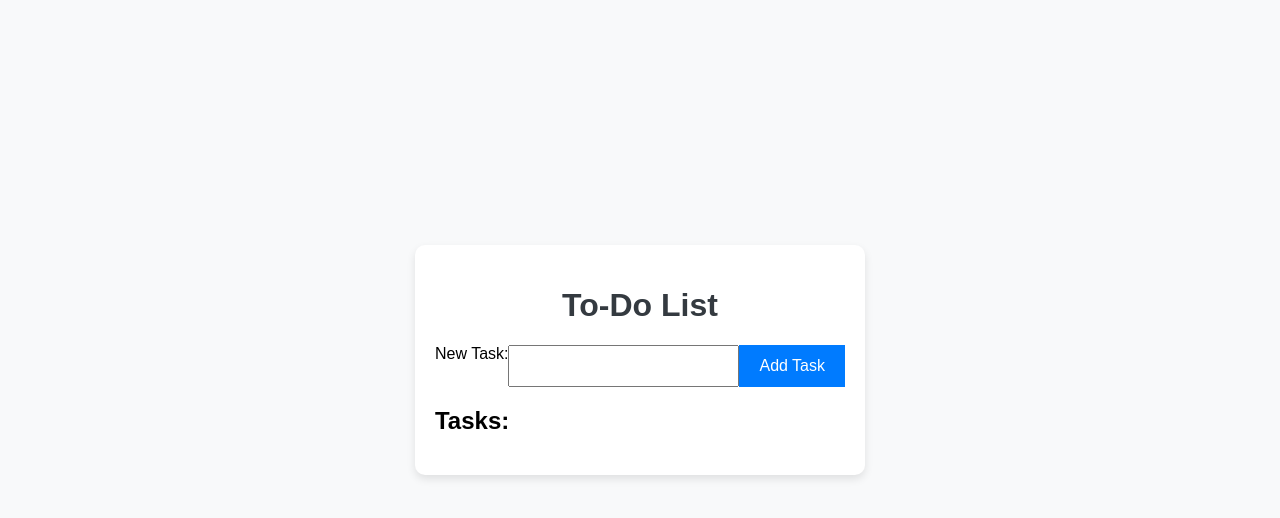
Repository: samoshi/To-do
Page: http://localhost/
An editor plug-in stored every save of this project. The page is shown before and after the next save, followed by the edit.
The browser window is 1280 px wide. The pictures show the whole page.
The page is served by the project's application, run on Flask 3 (app/app.py).

Above is the page before, as saved 2024-01-14 00:33:03.

After the next save:
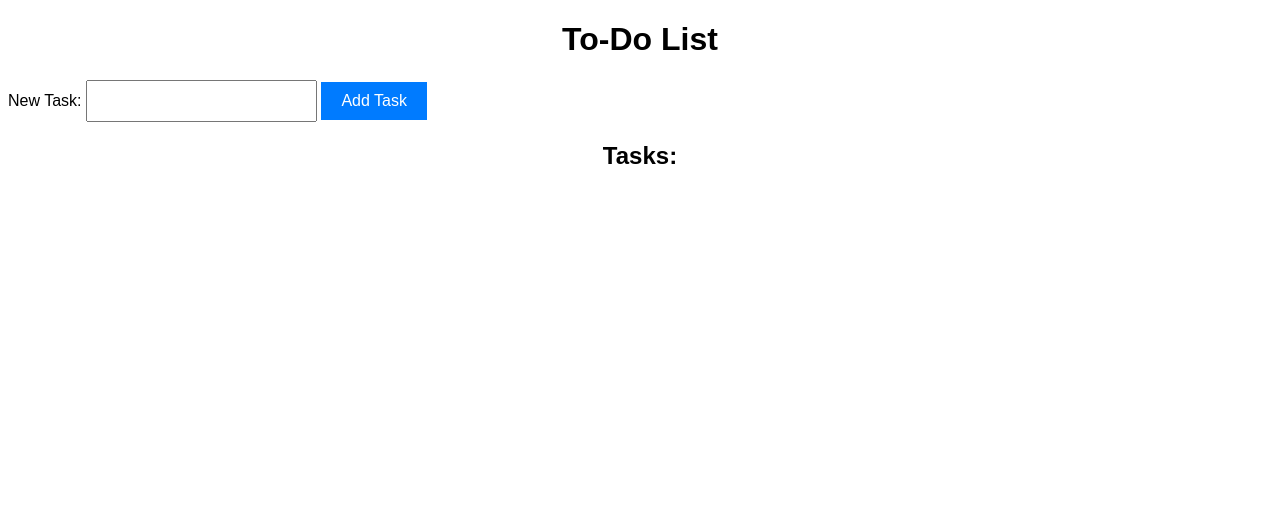
Saved 9 s later.
--- a/app/static/style.css
+++ b/app/static/style.css
@@ -1,33 +1,18 @@
+/* static/style.css */
+
 body {
     font-family: 'Arial', sans-serif;
-    background-color: #f8f9fa;
-    display: flex;
-    align-items: center;
-    justify-content: center;
-    height: 100vh;
-    margin: 0;
 }
 
-.container {
-    background-color: #fff;
-    padding: 20px;
-    border-radius: 10px;
-    box-shadow: 0 4px 8px rgba(0, 0, 0, 0.1);
-}
-
-h1 {
-    color: #343a40;
+h1, h2 {
     text-align: center;
 }
 
 form {
-    display: flex;
-    justify-content: space-between;
     margin-bottom: 20px;
 }
 
 form input {
-    flex: 1;
     padding: 10px;
     font-size: 16px;
 }
@@ -47,56 +32,10 @@
 }
 
 li {
-    background-color: #fff;
-    padding: 15px;
     margin-bottom: 10px;
-    border-radius: 5px;
-    box-shadow: 0 2px 4px rgba(0, 0, 0, 0.1);
-    display: flex;
-    justify-content: space-between;
-    align-items: center;
-    position: relative; /* Added position relative */
 }
 
-.remove-task {
-    position: absolute;
-    top: 0;
-    left: 0;
-    width: 100%;
-    height: 100%;
-    display: flex;
-    align-items: center;
-    justify-content: center;
-    background-color: rgba(220, 53, 69, 0.3); /* Adjust transparency here */
-    color: #fff;
+li a {
+    color: #dc3545;
     cursor: pointer;
-    font-weight: bold;
-    display: none;
 }
-
-li:hover {
-    background-color: #e2e3e5; /* Add a subtle background color change on hover */
-}
-
-li:hover .remove-task {
-    display: flex;
-}
-.completed-task {
-    background-color: rgba(40, 167, 69, 0.3); /* Adjust transparency here */
-    color: #fff;
-    display: flex;
-    align-items: center;
-    justify-content: space-between;
-}
-
-.completed-task .remove-task {
-    display: none;
-}
-
-.completed-task:hover {
-    background-color: rgba(40, 167, 69, 0.3); /* Adjust transparency here */
-}
-
-.completed-task:hover .remove-task {
-    display: flex;
-}

After the save that followed:
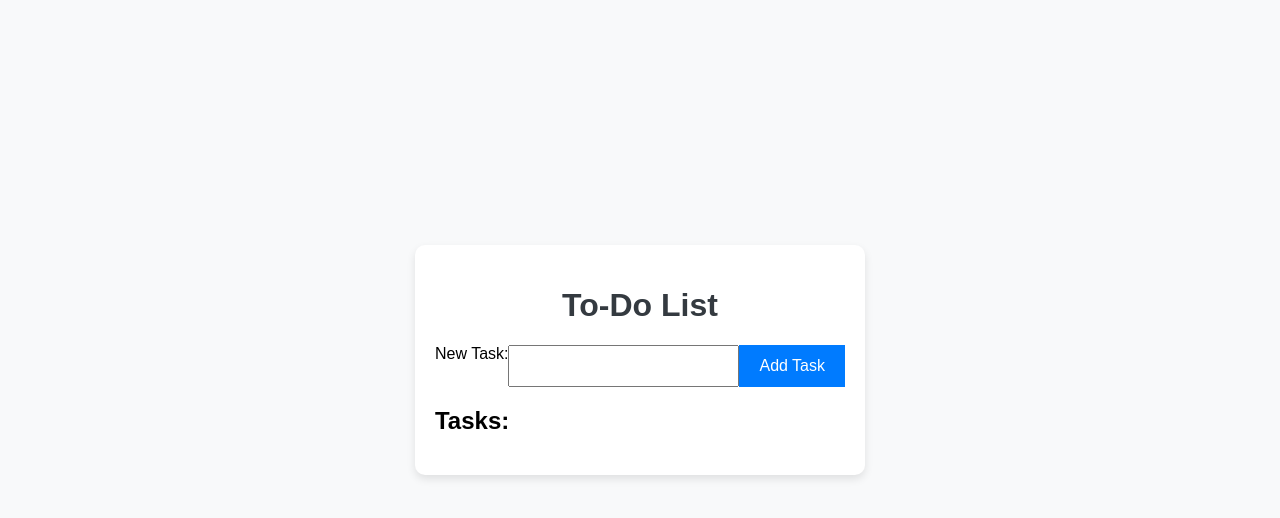
Saved 7 s later.
--- a/app/static/style.css
+++ b/app/static/style.css
@@ -1,18 +1,33 @@
-/* static/style.css */
-
 body {
     font-family: 'Arial', sans-serif;
+    background-color: #f8f9fa;
+    display: flex;
+    align-items: center;
+    justify-content: center;
+    height: 100vh;
+    margin: 0;
 }
 
-h1, h2 {
+.container {
+    background-color: #fff;
+    padding: 20px;
+    border-radius: 10px;
+    box-shadow: 0 4px 8px rgba(0, 0, 0, 0.1);
+}
+
+h1 {
+    color: #343a40;
     text-align: center;
 }
 
 form {
+    display: flex;
+    justify-content: space-between;
     margin-bottom: 20px;
 }
 
 form input {
+    flex: 1;
     padding: 10px;
     font-size: 16px;
 }
@@ -32,10 +47,56 @@
 }
 
 li {
+    background-color: #fff;
+    padding: 15px;
     margin-bottom: 10px;
+    border-radius: 5px;
+    box-shadow: 0 2px 4px rgba(0, 0, 0, 0.1);
+    display: flex;
+    justify-content: space-between;
+    align-items: center;
+    position: relative; /* Added position relative */
 }
 
-li a {
-    color: #dc3545;
+.remove-task {
+    position: absolute;
+    top: 0;
+    left: 0;
+    width: 100%;
+    height: 100%;
+    display: flex;
+    align-items: center;
+    justify-content: center;
+    background-color: rgba(220, 53, 69, 0.3); /* Adjust transparency here */
+    color: #fff;
     cursor: pointer;
+    font-weight: bold;
+    display: none;
 }
+
+li:hover {
+    background-color: #e2e3e5; /* Add a subtle background color change on hover */
+}
+
+li:hover .remove-task {
+    display: flex;
+}
+.completed-task {
+    background-color: rgba(40, 167, 69, 0.3); /* Adjust transparency here */
+    color: #fff;
+    display: flex;
+    align-items: center;
+    justify-content: space-between;
+}
+
+.completed-task .remove-task {
+    display: none;
+}
+
+.completed-task:hover {
+    background-color: rgba(40, 167, 69, 0.3); /* Adjust transparency here */
+}
+
+.completed-task:hover .remove-task {
+    display: flex;
+}
